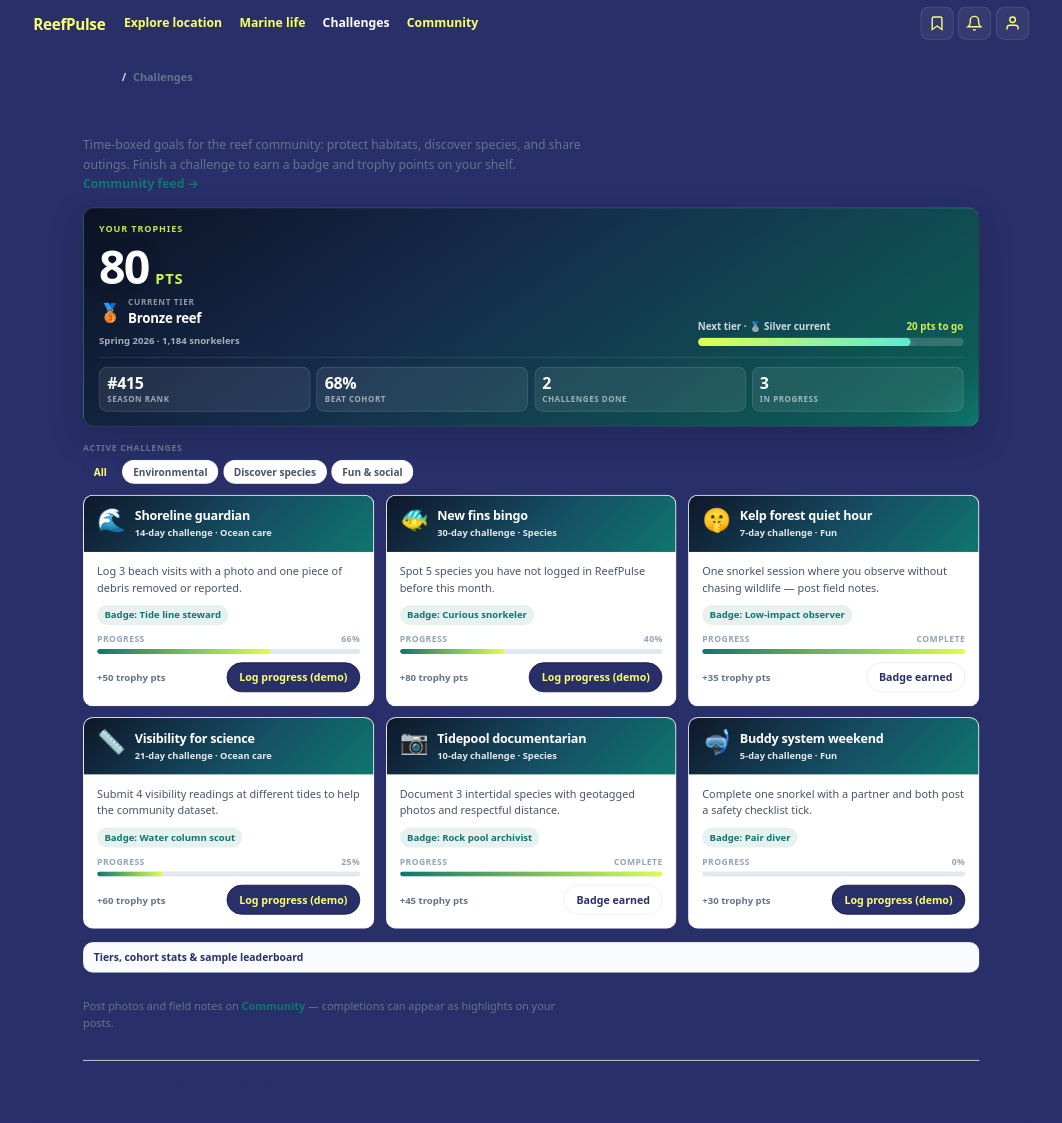
Repository: AayushSalvi/ReefPulse
Page: /challenges (app in frontend/)
These files come from the project's save history. The page is drawn as it stood at one moment and after the next save; the edit follows.
The browser window is 1280 px wide. The pictures show the whole page, at 83% of full size.
The project was rebuilt for these pictures with package versions that can differ from the ones it lists, and the page was loaded fresh each time. Also part of the build but not shown: frontend/vite.config.js, frontend/src/utils/geo.js, frontend/src/data/mockData.js, frontend/src/features/community/community.css, frontend/src/features/community/CommunityPage.jsx, frontend/src/features/explore/ExploreForecastRedirect.jsx, frontend/src/features/explore/ExploreMapsApiContext.jsx, frontend/src/features/explore/ExploreGoogleMapPanel.jsx and 20 more.

Above is the page before, as saved 2026-04-18 22:44:52.

### frontend/src/index.html
<!doctype html>
<html lang="en">
  <head>
    <meta charset="UTF-8" />
    <meta name="viewport" content="width=device-width, initial-scale=1.0" />
    <title>ReefPulse</title>
  </head>
  <body>
    <div id="root"></div>
    <script type="module" src="/main.jsx"></script>
  </body>
</html>

### frontend/src/main.jsx
/** App entry: React root + BrowserRouter (declarative router — not a data router). */
import React from "react";
import ReactDOM from "react-dom/client";
import { BrowserRouter } from "react-router-dom";
import App from "./App";
import "./styles/global.css";

ReactDOM.createRoot(document.getElementById("root")).render(
  <React.StrictMode>
    <BrowserRouter>
      <App />
    </BrowserRouter>
  </React.StrictMode>
);

### frontend/src/App.jsx
/**
 * ReefPulse — application routes
 *
 * Folder map (see `src/features/`):
 *   features/home/          → `/` marketing / home dashboard
 *   features/dashboard/     → `/dashboard` personalized “closest beach” view
 *   features/explore/       → `/explore`, `/explore/:locationId` location workspace + tabs
 *   features/marine-life/     → `/marine-life` species-first discovery
 *   features/community/     → `/community` posts & feed
 *   features/challenges/    → `/challenges` goals, badges, trophies
 *   features/saved/         → `/saved` alerts & saved places
 *   features/legacy/        → `/location/:id` redirects to Explore
 *   features/standalone/    → NOT routed here; optional admin / forecast UIs for future routes
 *
 * Shell: `layout/AppLayout.jsx` wraps all routes below except none (all under AppLayout).
 */
import { Navigate, Route, Routes } from "react-router-dom";
import AppLayout from "./layout/AppLayout";
import ChallengesPage from "./features/challenges/ChallengesPage";
import CommunityPage from "./features/community/CommunityPage";
import ExploreForecastRedirect from "./features/explore/ExploreForecastRedirect";
import ExploreIndexPage from "./features/explore/ExploreIndexPage";
import ExploreLayout from "./features/explore/ExploreLayout";
import ExploreLocationPage from "./features/explore/ExploreLocationPage";
import { ExploreMapsApiProvider } from "./features/explore/ExploreMapsApiContext";
import HomeDashboardPage from "./features/home/HomeDashboardPage";
import LegacyLocationRedirect from "./features/legacy/LegacyLocationRedirect";
import MarineLifeDiscoveryPage from "./features/marine-life/MarineLifeDiscoveryPage";
import SavedPlacesPage from "./features/saved/SavedPlacesPage";
import UserDashboardPage from "./features/dashboard/UserDashboardPage";

function App() {
  return (
    <Routes>
      <Route element={<AppLayout />}>
        {/* —— Public / marketing home —— */}
        <Route path="/" element={<HomeDashboardPage />} />

        {/* —— Explore: nested layout (sidebar + outlet) —— */}
        <Route path="/explore" element={<ExploreLayout />}>
          <Route index element={<ExploreIndexPage />} />
          <Route path=":locationId" element={<ExploreLocationPage />} />
          <Route path=":locationId/forecast" element={<ExploreForecastRedirect />} />
        </Route>

        {/* —— Other top-level app pages —— */}
        <Route
          path="/marine-life"
          element={
            <ExploreMapsApiProvider>
              <MarineLifeDiscoveryPage />
            </ExploreMapsApiProvider>
          }
        />
        <Route path="/dashboard" element={<UserDashboardPage />} />
        <Route path="/community" element={<CommunityPage />} />
        <Route path="/challenges" element={<ChallengesPage />} />
        <Route path="/saved" element={<SavedPlacesPage />} />

        {/* —— Back-compat deep links —— */}
        <Route path="/location/:locationId" element={<LegacyLocationRedirect />} />

        <Route path="*" element={<Navigate to="/" replace />} />
      </Route>
    </Routes>
  );
}

export default App;

### frontend/src/layout/AppLayout.jsx
/**
 * ReefPulse — application shell (persistent chrome)
 *
 * Single-row header: brand → main nav → icon shortcuts (Saved, Alerts, Dashboard).
 * `/saved` via bookmark and bell; `/dashboard` via the user icon on the right.
 */
import { NavLink, Outlet, useLocation } from "react-router-dom";

/** Main nav items (beach-first IA). */
const navItems = [
  { to: "/explore", label: "Explore location", end: false },
  { to: "/marine-life", label: "Marine life", end: true },
  { to: "/challenges", label: "Challenges", end: true },
  { to: "/community", label: "Community", end: true }
];

function IconBookmark() {
  return (
    <svg width="20" height="20" viewBox="0 0 24 24" fill="none" stroke="currentColor" strokeWidth="2" aria-hidden>
      <path d="M19 21l-7-5-7 5V5a2 2 0 0 1 2-2h10a2 2 0 0 1 2 2z" />
    </svg>
  );
}

function IconBell() {
  return (
    <svg width="20" height="20" viewBox="0 0 24 24" fill="none" stroke="currentColor" strokeWidth="2" aria-hidden>
      <path d="M18 8A6 6 0 0 0 6 8c0 7-3 9-3 9h18s-3-2-3-9" />
      <path d="M13.73 21a2 2 0 0 1-3.46 0" />
    </svg>
  );
}

function IconUser() {
  return (
    <svg width="20" height="20" viewBox="0 0 24 24" fill="none" stroke="currentColor" strokeWidth="2" aria-hidden>
      <path d="M20 21v-2a4 4 0 0 0-4-4H8a4 4 0 0 0-4 4v2" />
      <circle cx="12" cy="7" r="4" />
    </svg>
  );
}

function AppLayout() {
  const { pathname } = useLocation();
  const isHome = pathname === "/";
  const fullBleed = isHome;

  return (
    <div className="app-shell">
      <header className="top-nav">
        <NavLink to="/" className="top-nav-brand" end>
          ReefPulse
        </NavLink>

        <nav className="top-nav-links" aria-label="Main">
          {navItems.map((item) => (
            <NavLink
              key={item.to}
              to={item.to}
              end={item.end}
              className={({ isActive }) => `top-nav-link ${isActive ? "is-active" : ""}`}
            >
              {item.label}
            </NavLink>
          ))}
        </nav>

        <div className="top-nav-tools">
          <NavLink
            to="/saved"
            className={({ isActive }) => `top-nav-icon ${isActive ? "is-active" : ""}`}
            title="Saved places"
            aria-label="Saved places"
          >
            <IconBookmark />
            <span className="visually-hidden">Saved places</span>
          </NavLink>
          <NavLink
            to="/saved#coastal-alerts"
            className={({ isActive }) => `top-nav-icon ${isActive ? "is-active" : ""}`}
            title="Alerts"
            aria-label="Alerts"
          >
            <IconBell />
            <span className="visually-hidden">Alerts</span>
          </NavLink>
          <NavLink
            to="/dashboard"
            className={({ isActive }) => `top-nav-icon ${isActive ? "is-active" : ""}`}
            title="Dashboard"
            aria-label="Dashboard"
            end
          >
            <IconUser />
            <span className="visually-hidden">Dashboard</span>
          </NavLink>
        </div>
      </header>

      <main className={fullBleed ? "page-content page-content--bleed" : "page-content page-content--app"}>
        <div key={pathname} className="rp-route-outlet">
          <Outlet />
        </div>
      </main>
    </div>
  );
}

export default AppLayout;

### frontend/src/features/challenges/challenges.css
/* ReefPulse — Challenges (goal cards + trophy shelf) */

.challenges-page {
  --ch-radius: 12px;
  --ch-border: rgba(27, 37, 75, 0.08);
  --ch-muted: #64748b;
  max-width: 1080px;
}

.challenges-breadcrumb {
  margin-bottom: 0.35rem;
}

.challenges-hero {
  margin-bottom: 1rem;
}

.challenges-hero h1 {
  margin: 0 0 0.4rem;
  font-size: clamp(1.35rem, 2.5vw, 1.6rem);
  font-weight: 800;
  letter-spacing: -0.03em;
  color: var(--rp-navy, #1b254b);
}

.challenges-hero__lead {
  margin: 0;
  max-width: 38rem;
  font-size: 0.92rem;
  line-height: 1.6;
  color: var(--ch-muted);
  font-weight: 500;
}

.challenges-hero__link {
  font-weight: 700;
  color: #0f766e;
  text-decoration: none;
  white-space: nowrap;
}

.challenges-hero__link:hover {
  text-decoration: underline;
}

/* —— Trophy spotlight (above challenge grid) —— */
.ch-trophy-banner {
  margin-bottom: 1.15rem;
  padding: 1rem 1.15rem 1.05rem;
  border-radius: calc(var(--ch-radius) + 2px);
  border: 1px solid rgba(255, 255, 255, 0.12);
  background: linear-gradient(145deg, #0c1224 0%, #152a4a 38%, #0d5c56 92%, #0f766e 100%);
  color: #f1f5f9;
  box-shadow: 0 14px 40px rgba(15, 23, 42, 0.28);
}

.ch-trophy-banner__kicker {
  margin: 0 0 0.65rem;
  font-size: 0.68rem;
  font-weight: 800;
  letter-spacing: 0.1em;
  text-transform: uppercase;
  color: rgba(223, 255, 79, 0.88);
}

.ch-trophy-banner__grid {
  display: grid;
  gap: 1rem 1.25rem;
  align-items: end;
}

@media (min-width: 720px) {
  .ch-trophy-banner__grid {
    grid-template-columns: minmax(0, 1fr) minmax(200px, 320px);
    align-items: end;
  }
}

.ch-trophy-banner__primary {
  min-width: 0;
}

.ch-trophy-banner__score {
  margin: 0;
  display: flex;
  flex-wrap: wrap;
  align-items: baseline;
  gap: 0.35rem 0.5rem;
}

.ch-trophy-banner__num {
  font-size: clamp(2.5rem, 6.5vw, 3.5rem);
  font-weight: 800;
  letter-spacing: -0.04em;
  line-height: 1;
  color: #fff;
  text-shadow: 0 2px 20px rgba(0, 0, 0, 0.25);
}

.ch-trophy-banner__unit {
  font-size: 1.1rem;
  font-weight: 800;
  letter-spacing: 0.06em;
  text-transform: uppercase;
  color: rgba(223, 255, 79, 0.95);
}

.ch-trophy-banner__tier {
  margin: 0.55rem 0 0;
  display: flex;
  align-items: center;
  gap: 0.5rem;
}

.ch-trophy-banner__tier-emoji {
  font-size: 1.35rem;
  line-height: 1;
}

.ch-trophy-banner__tier-text {
  display: flex;
  flex-direction: column;
  gap: 0.08rem;
  min-width: 0;
}

.ch-trophy-banner__tier-label {
  font-size: 0.62rem;
  font-weight: 800;
  letter-spacing: 0.08em;
  text-transform: uppercase;
  color: rgba(248, 250, 252, 0.55);
}

.ch-trophy-banner__tier-name {
  font-size: 1rem;
  font-weight: 800;
  color: #fff;
  letter-spacing: -0.02em;
}

.ch-trophy-banner__season {
  margin: 0.45rem 0 0;
  font-size: 0.72rem;
  font-weight: 600;
  color: rgba(248, 250, 252, 0.65);
}

.ch-trophy-banner__aside {
  min-width: 0;
}

.ch-trophy-banner__next-label {
  margin: 0 0 0.4rem;
  display: flex;
  flex-wrap: wrap;
  justify-content: space-between;
  gap: 0.35rem 0.75rem;
  font-size: 0.74rem;
  font-weight: 700;
  color: rgba(248, 250, 252, 0.82);
}

.ch-trophy-banner__next-gap {
  color: rgba(223, 255, 79, 0.92);
  font-variant-numeric: tabular-nums;
}

.ch-trophy-banner__bar {
  height: 10px;
  border-radius: 999px;
  background: rgba(255, 255, 255, 0.16);
  overflow: hidden;
}

.ch-trophy-banner__fill {
  height: 100%;
  border-radius: 999px;
  background: linear-gradient(90deg, #dfff4f, #5eead4);
  box-shadow: 0 0 12px rgba(94, 234, 212, 0.45);
  transition: width 0.35s ease;
}

.ch-trophy-banner__maxed {
  margin: 0;
  font-size: 0.85rem;
  font-weight: 700;
  color: rgba(223, 255, 79, 0.95);
}

.ch-trophy-banner__stats {
  list-style: none;
  margin: 0.85rem 0 0;
  padding: 0.65rem 0 0;
  border-top: 1px solid rgba(255, 255, 255, 0.12);
  display: grid;
  grid-template-columns: repeat(2, 1fr);
  gap: 0.45rem;
}

@media (min-width: 520px) {
  .ch-trophy-banner__stats {
    grid-template-columns: repeat(4, 1fr);
  }
}

.ch-trophy-banner__stats li {
  margin: 0;
  padding: 0.5rem 0.55rem;
  border-radius: 10px;
  background: rgba(255, 255, 255, 0.08);
  border: 1px solid rgba(255, 255, 255, 0.12);
  display: flex;
  flex-direction: column;
  gap: 0.15rem;
}

.ch-trophy-banner__stat-num {
  font-size: 1.2rem;
  font-weight: 800;
  letter-spacing: -0.02em;
  color: #fff;
  line-height: 1.1;
  font-variant-numeric: tabular-nums;
}

.ch-trophy-banner__stat-label {
  font-size: 0.6rem;
  font-weight: 800;
  letter-spacing: 0.07em;
  text-transform: uppercase;
  color: rgba(248, 250, 252, 0.58);
}

/* —— Active challenge grid —— */
.ch-main-block {
  margin-bottom: 1rem;
}

.ch-main-block__label {
  margin: 0 0 0.45rem;
  font-size: 0.65rem;
  font-weight: 800;
  letter-spacing: 0.08em;
  text-transform: uppercase;
  color: #64748b;
}

.ch-main-block .ch-theme-row {
  margin-bottom: 0.85rem;
}

/* —— Collapsible depth: tiers + table —— */
.ch-details {
  margin-bottom: 1rem;
  border-radius: var(--ch-radius);
  border: 1px solid var(--ch-border);
  background: #fafbfc;
  overflow: hidden;
}

.ch-details__summary {
  padding: 0.55rem 0.75rem;
  font-size: 0.78rem;
  font-weight: 700;
  color: var(--rp-navy, #1b254b);
  cursor: pointer;
  list-style-position: outside;
}

.ch-details__summary:hover {
  background: rgba(27, 37, 75, 0.04);
}

.ch-details__body {
  padding: 0 0.65rem 0.65rem;
  border-top: 1px solid #f1f5f9;
  background: #fff;
}

.ch-tiers-inline {
  display: flex;
  flex-wrap: wrap;
  gap: 0.35rem;
  padding: 0.65rem 0 0.5rem;
}

.ch-tier-chip {
  display: inline-flex;
  align-items: center;
  gap: 0.3rem;
  padding: 0.28rem 0.5rem;
  border-radius: 999px;
  font-size: 0.68rem;
  font-weight: 700;
  color: #475569;
  background: #f1f5f9;
  border: 1px solid #e2e8f0;
}

.ch-tier-chip.is-current {
  border-color: rgba(15, 118, 110, 0.45);
  background: rgba(223, 255, 79, 0.35);
  color: var(--rp-navy, #1b254b);
}

.ch-tier-chip.is-locked {
  opacity: 0.45;
}

.ch-tier-chip__name {
  max-width: 7rem;
  overflow: hidden;
  text-overflow: ellipsis;
  white-space: nowrap;
}

.ch-details__cohort {
  margin: 0 0 0.5rem;
  font-size: 0.74rem;
  color: #64748b;
}

.ch-compare__table-wrap--nested {
  border-radius: 8px;
  border: 1px solid #f1f5f9;
}

.ch-compare__caption {
  caption-side: bottom;
  padding: 0.4rem 0.5rem 0.45rem;
  font-size: 0.68rem;
  line-height: 1.4;
  color: #94a3b8;
  text-align: left;
}

.ch-compare__table {
  width: 100%;
  border-collapse: collapse;
  font-size: 0.82rem;
}

.ch-compare__table--compact {
  font-size: 0.76rem;
}

.ch-compare__table th,
.ch-compare__table td {
  padding: 0.55rem 0.75rem;
  text-align: left;
  border-bottom: 1px solid #f1f5f9;
}

.ch-compare__table--compact th,
.ch-compare__table--compact td {
  padding: 0.35rem 0.5rem;
}

.ch-compare__table th {
  font-size: 0.6rem;
  font-weight: 800;
  letter-spacing: 0.06em;
  text-transform: uppercase;
  color: #64748b;
  background: #f8fafc;
}

.ch-compare__table tbody tr:last-child td {
  border-bottom: none;
}

.ch-compare__table tbody tr.is-you {
  background: rgba(223, 255, 79, 0.2);
}

.ch-compare__table tbody tr.is-you td {
  font-weight: 700;
  color: var(--rp-navy, #1b254b);
}

.ch-compare__table td:nth-child(2) {
  font-variant-numeric: tabular-nums;
}

.challenges-btn {
  display: inline-flex;
  align-items: center;
  gap: 0.4rem;
  padding: 0.5rem 0.9rem;
  border-radius: 999px;
  font-size: 0.8rem;
  font-weight: 700;
  font-family: inherit;
  text-decoration: none;
  border: 1px solid var(--ch-border);
  background: #fff;
  color: var(--rp-navy, #1b254b);
  cursor: pointer;
  transition: background 0.15s ease, border-color 0.15s ease;
}

.challenges-btn:hover {
  background: rgba(27, 37, 75, 0.04);
  border-color: rgba(27, 37, 75, 0.15);
}

.challenges-btn--primary {
  background: var(--rp-navy, #1b254b);
  color: var(--rp-lime, #dfff4f);
  border-color: var(--rp-navy-deep, #121a36);
}

.challenges-btn--primary:hover {
  background: var(--rp-navy-deep, #121a36);
  color: #e8ff7a;
}

/* Theme chips */
.ch-theme-row {
  display: flex;
  flex-wrap: wrap;
  gap: 0.35rem;
  margin-bottom: 1rem;
}

.ch-theme-chip {
  padding: 0.32rem 0.75rem;
  border-radius: 999px;
  border: 1px solid var(--ch-border);
  background: #fff;
  font-size: 0.76rem;
  font-weight: 700;
  color: #475569;
  cursor: pointer;
  font-family: inherit;
}

.ch-theme-chip.is-on {
  background: var(--rp-navy, #1b254b);
  color: var(--rp-lime, #dfff4f);
  border-color: var(--rp-navy, #1b254b);
}

/* Challenge cards */
.ch-grid {
  display: grid;
  grid-template-columns: repeat(auto-fill, minmax(272px, 1fr));
  gap: 0.85rem;
}

.ch-card {
  display: flex;
  flex-direction: column;
  border-radius: var(--ch-radius);
  border: 1px solid var(--ch-border);
  background: #fff;
  overflow: hidden;
  transition: box-shadow 0.15s ease;
}

.ch-card:hover {
  box-shadow: 0 6px 22px rgba(18, 26, 54, 0.06);
  border-color: rgba(27, 37, 75, 0.12);
}

.ch-card__banner {
  padding: 0.85rem 1rem;
  min-height: 4.25rem;
  display: flex;
  align-items: flex-start;
  gap: 0.65rem;
  background: linear-gradient(135deg, #0f172a 0%, #164e63 55%, #0f766e 100%);
  color: #fff;
}

.ch-card__emoji {
  font-size: 1.75rem;
  line-height: 1;
}

.ch-card__banner-text {
  min-width: 0;
}

.ch-card__title {
  margin: 0;
  font-size: 0.95rem;
  font-weight: 800;
  letter-spacing: -0.02em;
}

.ch-card__meta {
  margin: 0.2rem 0 0;
  font-size: 0.7rem;
  opacity: 0.88;
  font-weight: 600;
}

.ch-card__body {
  padding: 0.85rem 1rem 1rem;
  display: flex;
  flex-direction: column;
  gap: 0.65rem;
  flex: 1;
}

.ch-card__blurb {
  margin: 0;
  font-size: 0.82rem;
  line-height: 1.5;
  color: #475569;
}

.ch-card__badge {
  display: inline-flex;
  align-items: center;
  gap: 0.35rem;
  font-size: 0.72rem;
  font-weight: 700;
  color: #0f766e;
  background: rgba(15, 118, 110, 0.1);
  padding: 0.28rem 0.55rem;
  border-radius: 999px;
  width: fit-content;
}

.ch-card__progress {
  margin-top: auto;
}

.ch-card__progress-label {
  display: flex;
  justify-content: space-between;
  font-size: 0.65rem;
  font-weight: 700;
  text-transform: uppercase;
  letter-spacing: 0.05em;
  color: #94a3b8;
  margin-bottom: 0.28rem;
}

.ch-card__progress-bar {
  height: 6px;
  border-radius: 999px;
  background: #e2e8f0;
  overflow: hidden;
}

.ch-card__progress-fill {
  height: 100%;
  border-radius: 999px;
  background: linear-gradient(90deg, #0f766e, #dfff4f);
  transition: width 0.3s ease;
}

.ch-card__footer {
  display: flex;
  align-items: center;
  justify-content: space-between;
  gap: 0.5rem;
  flex-wrap: wrap;
}

.ch-card__points {
  font-size: 0.72rem;
  font-weight: 700;
  color: #64748b;
}

.challenges-cross {
  margin-top: 1.25rem;
  padding: 0.65rem 0;
  border-top: 1px solid var(--ch-border);
}

.challenges-cross p {
  margin: 0;
  max-width: 38rem;
  font-size: 0.82rem;
  line-height: 1.5;
  color: #64748b;
}

.challenges-cross a {
  color: #0f766e;
  font-weight: 700;
  text-decoration: none;
}

.challenges-cross a:hover {
  text-decoration: underline;
}

.challenges-footer-links {
  margin-top: 1.5rem;
}

Loaded but not shown: frontend/src/data/challengesData.js (159 lines, source omitted); frontend/src/features/challenges/ChallengesPage.jsx (254 lines, source omitted); frontend/src/features/explore/workflow.css (354 lines, source omitted); frontend/src/styles/global.css (227 lines, source omitted)

After the next save:
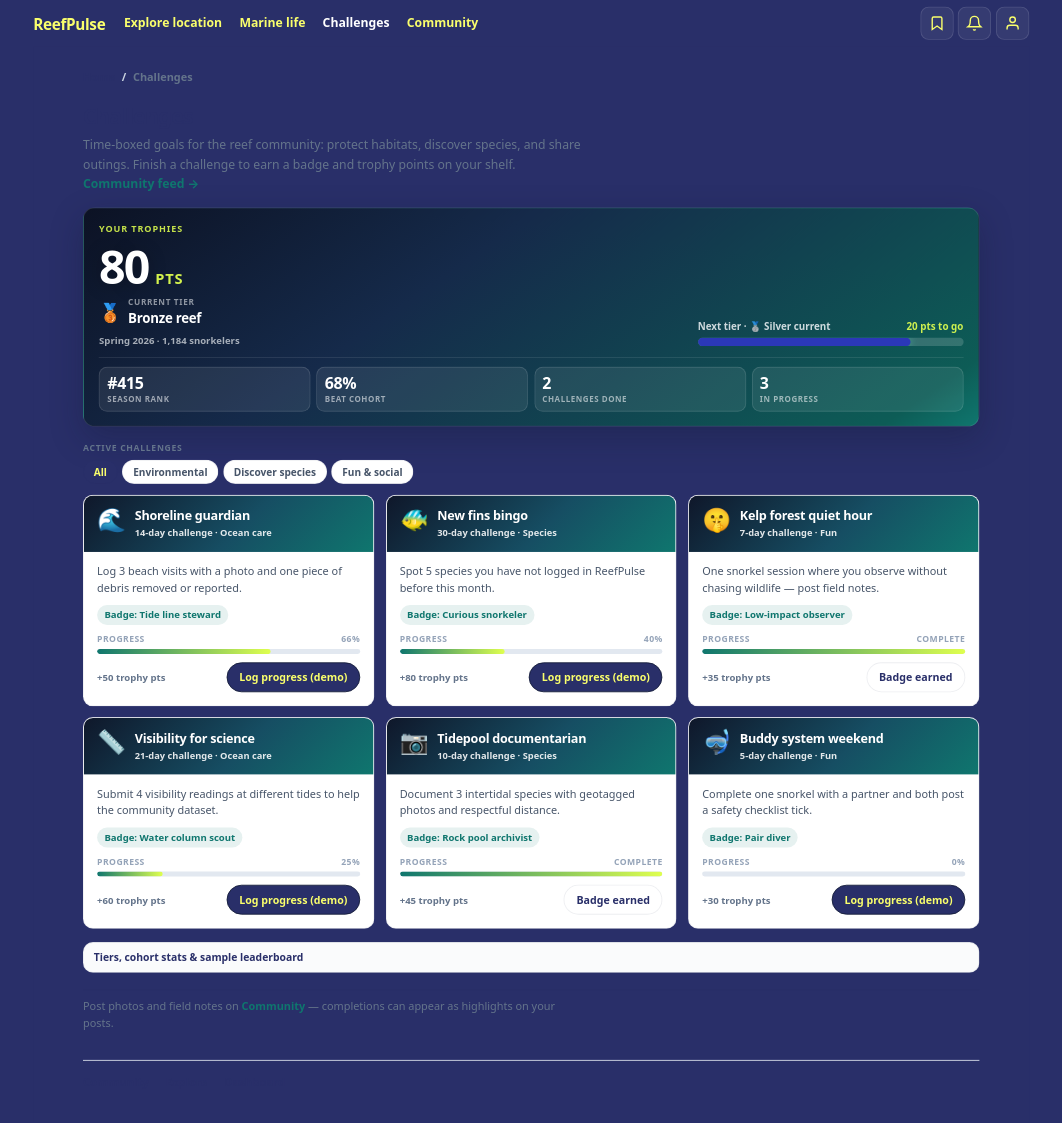
Saved 10 min 51 s later.
--- a/frontend/src/features/challenges/challenges.css
+++ b/frontend/src/features/challenges/challenges.css
@@ -49,7 +49,13 @@
   padding: 1rem 1.15rem 1.05rem;
   border-radius: calc(var(--ch-radius) + 2px);
   border: 1px solid rgba(255, 255, 255, 0.12);
-  background: linear-gradient(145deg, #0c1224 0%, #152a4a 38%, #0d5c56 92%, #0f766e 100%);
+  background: linear-gradient(
+    145deg,
+    #0c1224 0%,
+    #152a4a 38%,
+    #0d5c56 92%,
+    #0f766e 100%
+  );
   color: #f1f5f9;
   box-shadow: 0 14px 40px rgba(15, 23, 42, 0.28);
 }
@@ -176,7 +182,7 @@
 .ch-trophy-banner__fill {
   height: 100%;
   border-radius: 999px;
-  background: linear-gradient(90deg, #dfff4f, #5eead4);
+  background: #2b38b8;
   box-shadow: 0 0 12px rgba(94, 234, 212, 0.45);
   transition: width 0.35s ease;
 }
@@ -397,7 +403,9 @@
   background: #fff;
   color: var(--rp-navy, #1b254b);
   cursor: pointer;
-  transition: background 0.15s ease, border-color 0.15s ease;
+  transition:
+    background 0.15s ease,
+    border-color 0.15s ease;
 }
 
 .challenges-btn:hover {
